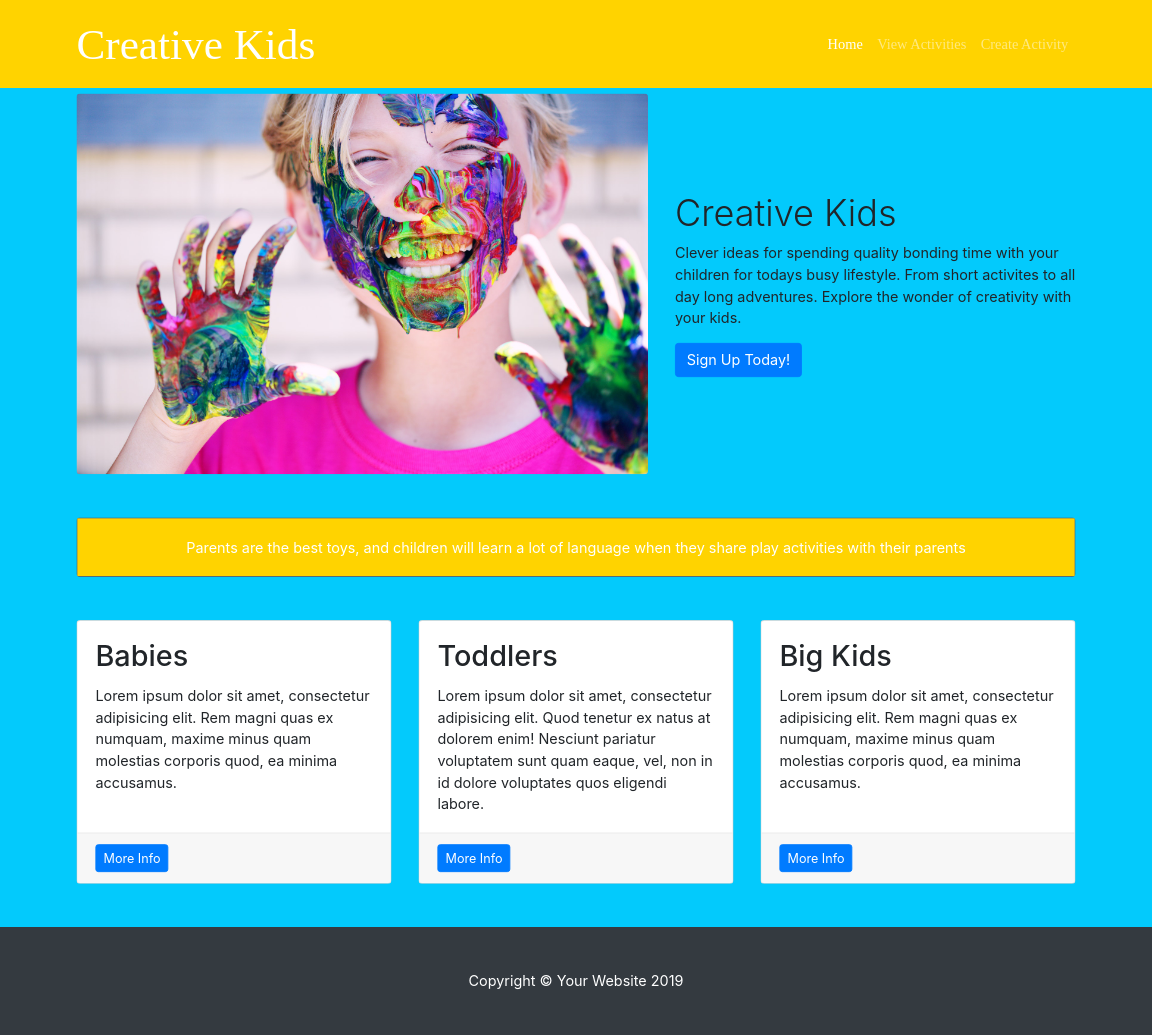
Repository: Neilfoster/milestone_project_3
Page: http://localhost/
The author's editor kept a record of every edit. The page is drawn from the files as they stood at one moment, then again after the next edit.
The browser window is 1280 px wide. The pictures show the whole page, at 90% of full size.
Some web fonts or font styles are not loaded; a fallback is used. Some web libraries are served in a nearby version. The page is served by the project's application, run on Flask 3 (app.py). Queries for data that is not in the repository find no rows.

Above is the page before.

### templates/home.html
{% extends "base.html" %}
{% block content %}

  <!-- Page Content -->
  <div class="container">

    <!-- Heading Row -->
    <div class="row align-items-center my-5">
      <div class="col-lg-7">
        <img class="img-fluid rounded mb-4 mb-lg-0" src="static/images/main-img.jpg" alt="kid with paint">
      </div>
      <!-- /.col-lg-8 -->
      <div class="col-lg-5">
        <h1 class="font-weight-light home_title">Creative Kids</h1>
        <p>Clever ideas for spending quality bonding time with your children for todays busy lifestyle. From short activites to all day long adventures. Explore the wonder of creativity with your kids.</p>
        <a class="btn btn-primary" href="#">Sign Up Today!</a>
      </div>
      <!-- /.col-md-4 -->
    </div>
    <!-- /.row -->

    <!-- Call to Action Well -->
    <div class="card text-white bg-secondary my-5  text-center">
      <div class="card-body cstm_jumb_home">
        <p class="text-white m-0">Parents are the best toys, and children will learn a lot of language when they share play activities with their parents</p>
      </div>
    </div>

    <!-- Content Row -->

    <div class="row">
      <div class="col-md-4 mb-5">
        <div class="card h-100">
          <div class="card-body">
            <h2 class="card-title home_title">Babies</h2>
            <p class="card-text">Lorem ipsum dolor sit amet, consectetur adipisicing elit. Rem magni quas ex numquam, maxime minus quam molestias corporis quod, ea minima accusamus.</p>
          </div>
          <div class="card-footer">
            <a href="#" class="btn btn-primary btn-sm">More Info</a>
          </div>
        </div>
      </div>
      <!-- /.col-md-4 -->
      <div class="col-md-4 mb-5">
        <div class="card h-100">
          <div class="card-body">
            <h2 class="card-title home_title">Toddlers</h2>
            <p class="card-text">Lorem ipsum dolor sit amet, consectetur adipisicing elit. Quod tenetur ex natus at dolorem enim! Nesciunt pariatur voluptatem sunt quam eaque, vel, non in id dolore voluptates quos eligendi labore.</p>
          </div>
          <div class="card-footer">
            <a href="#" class="btn btn-primary btn-sm">More Info</a>
          </div>
        </div>
      </div>
      <!-- /.col-md-4 -->
      <div class="col-md-4 mb-5">
        <div class="card h-100">
          <div class="card-body">
            <h2 class="card-title home_title">Big Kids</h2>
            <p class="card-text">Lorem ipsum dolor sit amet, consectetur adipisicing elit. Rem magni quas ex numquam, maxime minus quam molestias corporis quod, ea minima accusamus.</p>
          </div>
          <div class="card-footer">
            <a href="#" class="btn btn-primary btn-sm">More Info</a>
          </div>
        </div>
      </div>
      <!-- /.col-md-4 -->

    </div>
    <!-- /.row -->

  </div>
  <!-- /.container -->

  {% endblock %}
</body>

</html>

### templates/base.html
<!DOCTYPE html>
<html lang="en">

<head>

  <meta charset="utf-8">
  <meta name="viewport" content="width=device-width, initial-scale=1, shrink-to-fit=no">
  <meta name="description" content="">
  <meta name="author" content="">

  <title>Creative Kids</title>

  <!-- Bootstrap core CSS -->
  <link href="static/css/bootstrap.min.css" rel="stylesheet">

  <!-- CDN for Bootstrap core CSS -->
  <!-- <link rel="stylesheet" href="https://stackpath.bootstrapcdn.com/bootstrap/4.3.1/css/bootstrap.min.css" type="text/css" /> -->

  <!-- Custom styles for this template -->
  <link href="static/css/small-business.css" rel="stylesheet">

  <!-- Custom styles-->
  <link href="static/css/style.css" rel="stylesheet">

  <!-- Google Fonts-->
  <link href="https://fonts.googleapis.com/css?family=Butterfly+Kids&display=swap" rel="stylesheet">

</head>

<body>

  <!-- Navigation -->
  <nav class="navbar navbar-expand-lg navbar-dark fixed-top cstmnav">
    <div class="container">
      <a class="navbar-brand nav_txt" href="#">Creative Kids</a>
      <button class="navbar-toggler" type="button" data-toggle="collapse" data-target="#navbarResponsive" aria-controls="navbarResponsive" aria-expanded="false" aria-label="Toggle navigation">
        <span class="navbar-toggler-icon"></span>
      </button>
      <div class="collapse navbar-collapse" id="navbarResponsive">
        <ul class="navbar-nav ml-auto">
          <li class="nav-item active">
            <a class="nav-link" href="#">Home
              <span class="sr-only">(current)</span>
            </a>
          </li>
          <li class="nav-item">
            <a class="nav-link" href="#">View Activities</a>
          </li>
          <li class="nav-item">
            <a class="nav-link" href="#">Create Activity</a>
          </li>

        </ul>
      </div>
    </div>
  </nav>

  {% block content %} {% endblock %}



  <!-- Footer -->
  <footer class="py-5 bg-dark">
    <div class="container">
      <p class="m-0 text-center text-white">Copyright &copy; Your Website 2019</p>
    </div>
    <!-- /.container -->
  </footer>


  <!-- Bootstrap core JavaScript -->
  <script src="static/js/jquery.min.js"></script>
  <script src="static/js/bootstrap.bundle.min.js"></script>

<!-- Font Awesome js-->
  <script src="https://kit.fontawesome.com/8aa891fdce.js" crossorigin="anonymous"></script>
</body>

</html>

### app.py
import os
from flask import Flask, render_template, redirect, request, url_for
from flask_pymongo import PyMongo
from bson.objectid import ObjectId

app = Flask(__name__)

app.config["MONGO_DBNAME"] = 'milestoneproject3me'
app.config["MONGO_URI"] = os.environ.get('mongo_uri')

mongo = PyMongo(app)

@app.route('/')
@app.route('/home')
def get_activities():
    return render_template("home.html",
    activities=mongo.db.Activities.find())

@app.route('/activity_view')
def activity_view():
    return render_template('activity_view.html',
    activities=mongo.db.Activities.find().limit(10),
    ages=mongo.db.ages.age_group.find(),
    durations=mongo.db.duration.find())

@app.route('/add_activity')
def add_activity():
    return render_template('add_activity.html',
    ages=mongo.db.ages.find(),
    durations=mongo.db.duration.find())

@app.route('/insert_activity', methods=['POST'])
def insert_activity():
    activities=mongo.db.Activities
    activities.insert_one(request.form.to_dict())
    return redirect(url_for('activity_view'))


if __name__ == "__main__":
    app.run(host=os.environ.get('IP'),
        port=int(os.environ.get('PORT')),
        debug=True)

### static/css/style.css
body {
    background-color: #03cafc;

}

.forum_text {
    margin-left: 1%;
}

.my_button{
    margin-bottom: 2%;
}

.cstmnav{
    background-color: #ffd300;
    font-family: 'Butterfly Kids', cursive;
}

.cstm_jumb{
    border: 5px solid #ffd300;
    border-radius:1%;
    margin-top: 5%;
}

.cstm_select {
    border: 2px solid #ffd300;
    border-radius:1%;
    margin-top:1%;
    margin-bottom: 1%;

}

.cstm_card {
    border: 2px solid #ffd300;
    border-radius:1%;
    margin:1%;
}

.cstm_jumb_home{
    background-color: #ffd300;
}

.nav_txt{
    font-size:3rem;
}

Loaded but not shown: static/css/bootstrap.min.css (library); static/css/small-business.css (common file); static/js/jquery.min.js (library); static/js/bootstrap.bundle.min.js (library)

After the next edit:
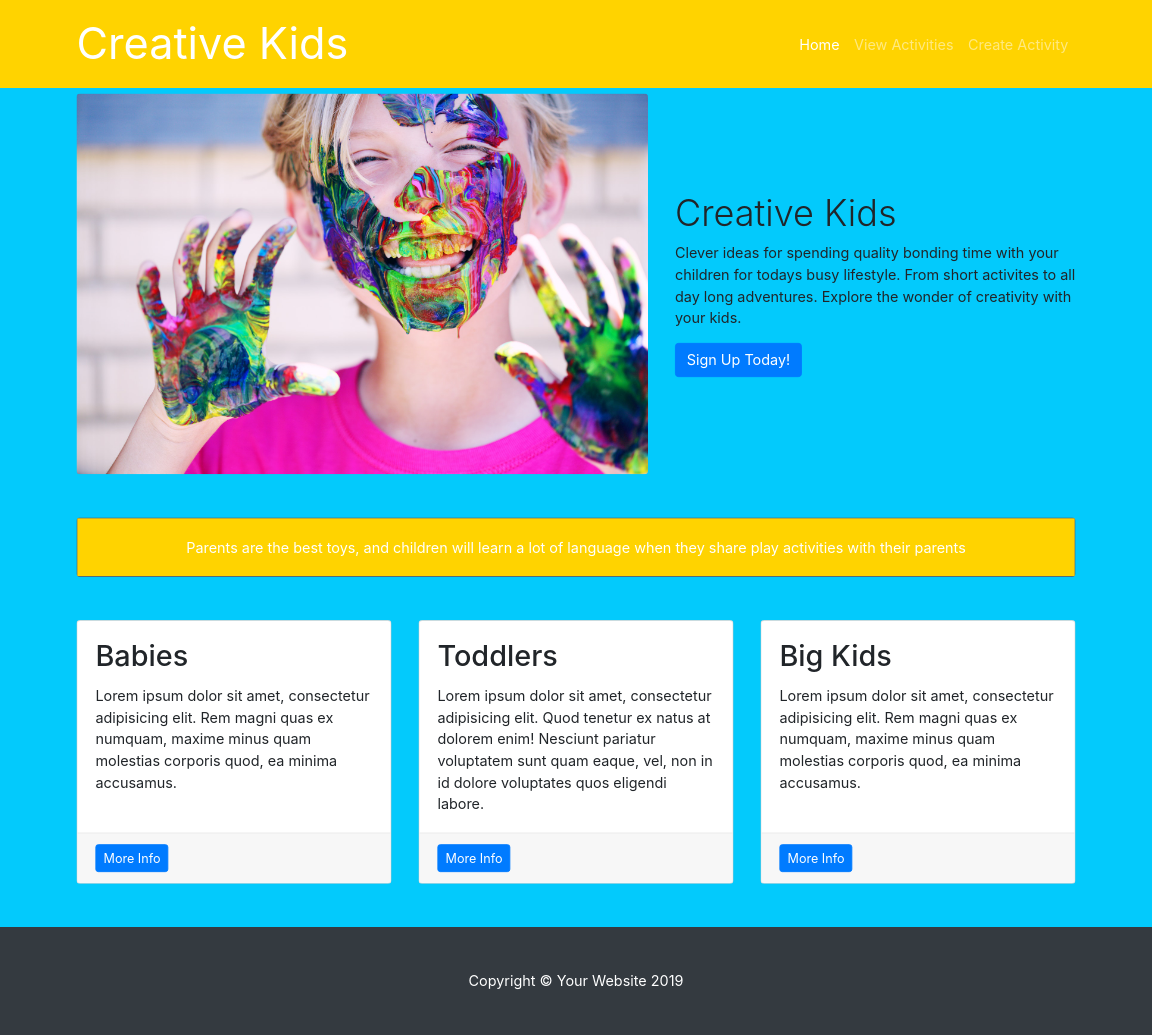
The edit:
--- a/static/css/style.css
+++ b/static/css/style.css
@@ -13,7 +13,7 @@
 
 .cstmnav{
     background-color: #ffd300;
-    font-family: 'Butterfly Kids', cursive;
+
 }
 
 .cstm_jumb{
